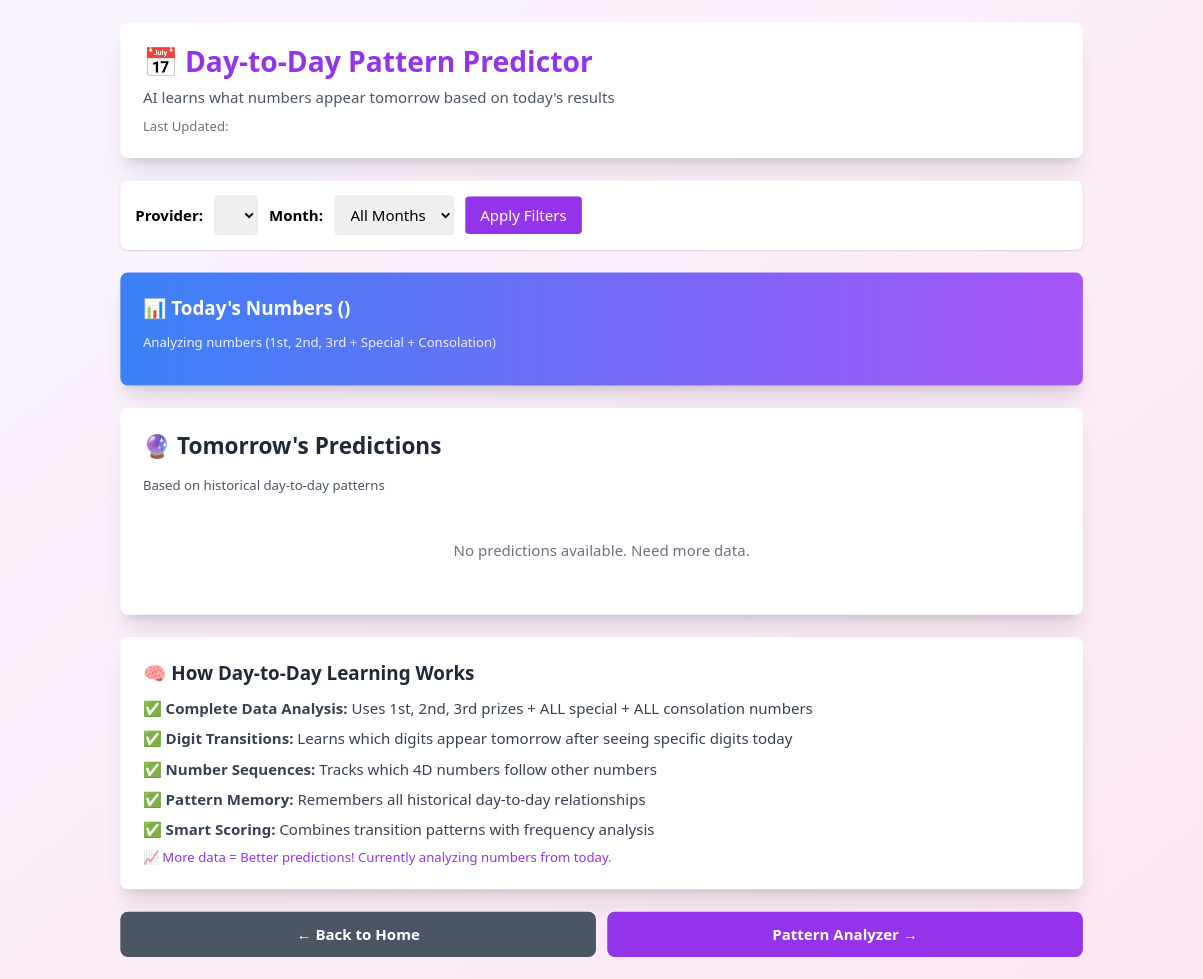
Repository: suraj021617/-smart-4d-lottery
Page: templates/day_to_day_predictor.html
These files come from the project's save history. The page is drawn as it stood at one moment and after the next save; the edit follows.
The browser window is 1280 px wide. The pictures show the whole page, at 94% of full size.
Some web libraries are served in a nearby version. The page is served by the project's application, run on Flask 3 (test_flask_route.py). The template is opened directly, without the code that normally fills it, so the values that code supplies are empty.

Above is the page before, as saved 2025-10-12 19:05:12.

After the next save:
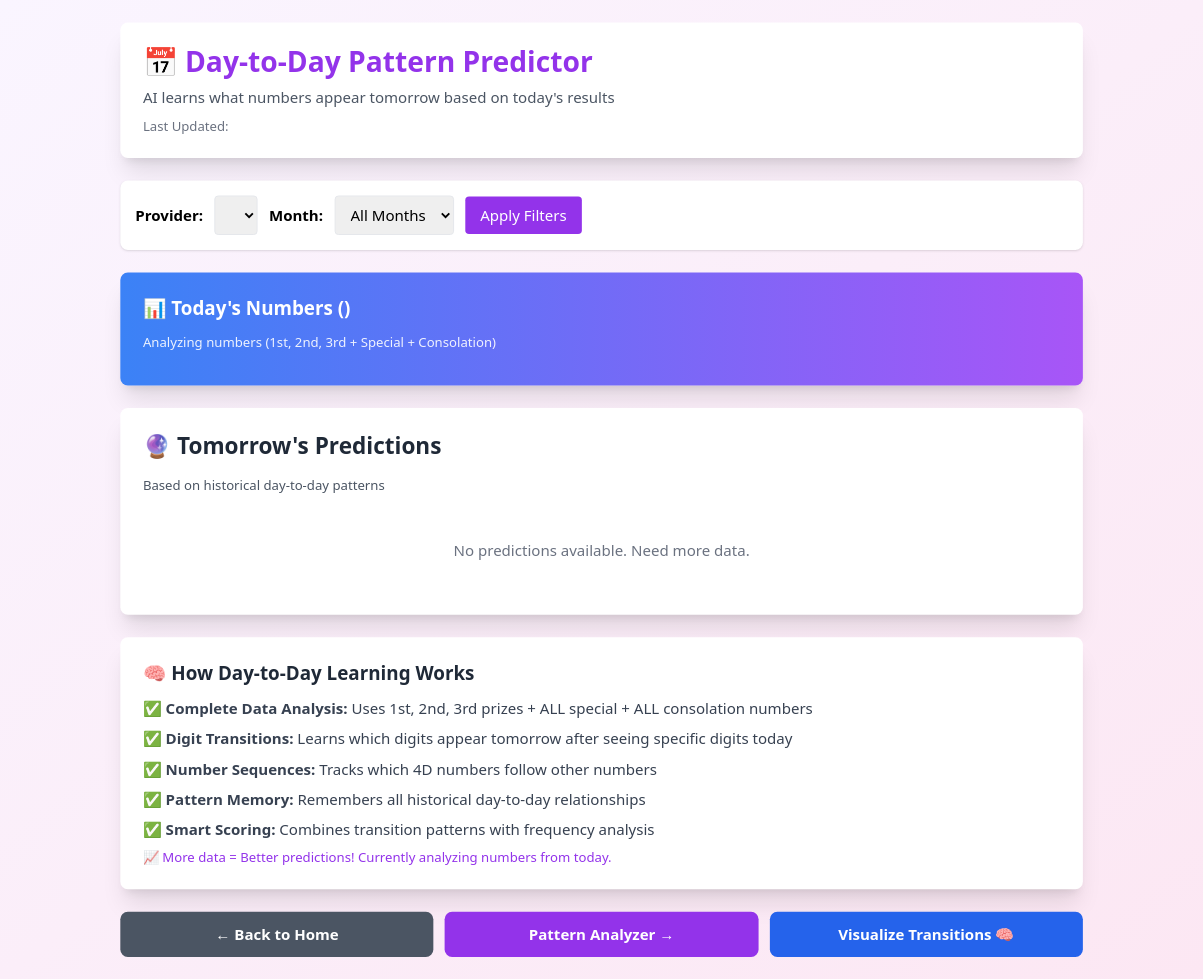
Saved 3 s later.
--- a/templates/day_to_day_predictor.html
+++ b/templates/day_to_day_predictor.html
@@ -108,6 +108,10 @@
                 class="flex-1 bg-purple-600 text-white px-6 py-3 rounded-lg hover:bg-purple-700 transition text-center font-semibold">
                 Pattern Analyzer →
             </a>
+            <a href="/digit-transitions"
+                class="flex-1 bg-blue-600 text-white px-6 py-3 rounded-lg hover:bg-blue-700 transition text-center font-semibold">
+                Visualize Transitions 🧠
+            </a>
         </div>
     </div>
 </body>
